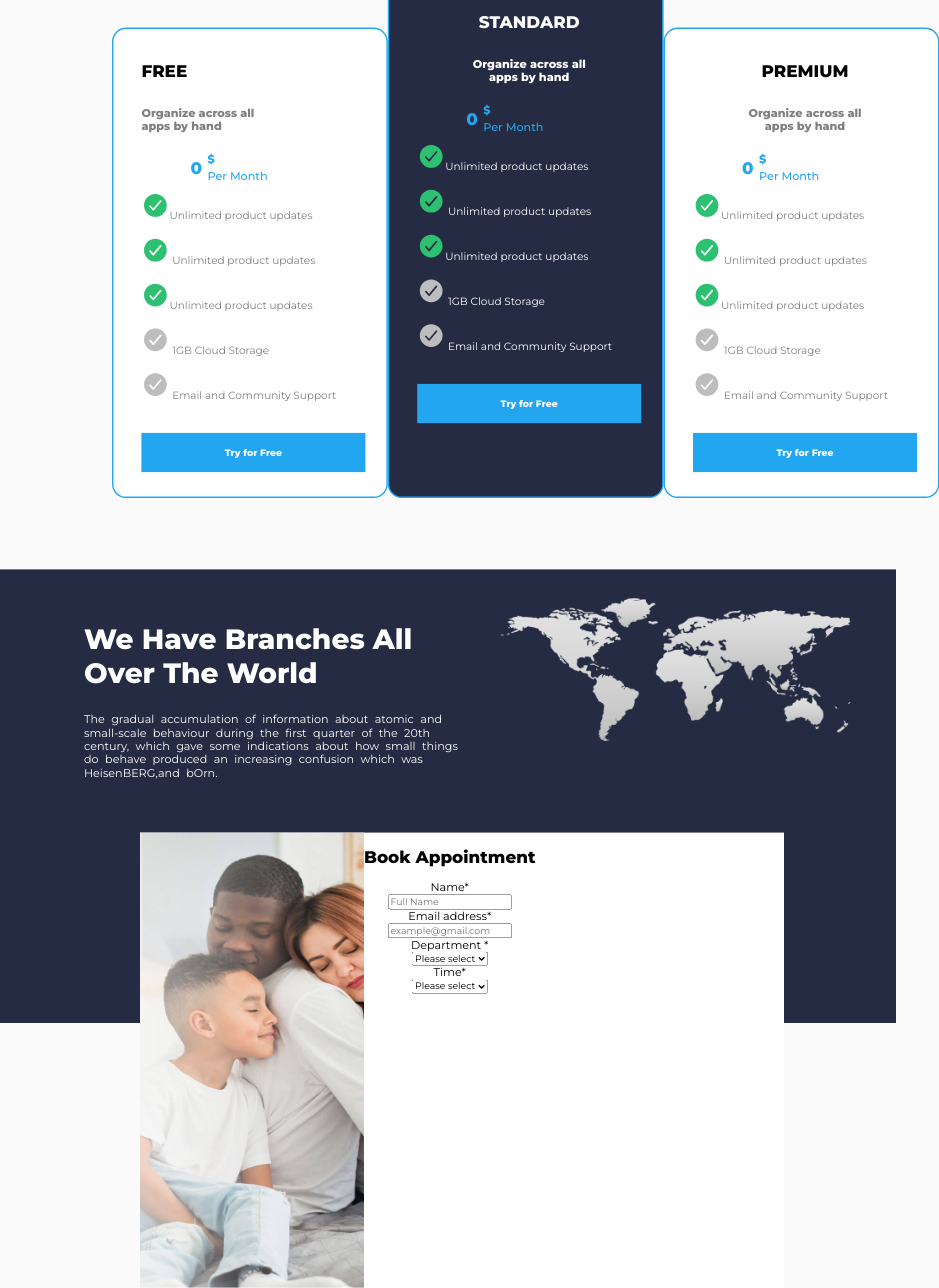
Repository: NANCY-HUB329/week-challenge
Page: index.html
The author's editor kept a copy of each file at every save. The page is drawn from the files as they stood at one save, then again after a run of saves.
The browser window is 1280 px wide. The page is 1342 px wide, so the pictures cover 1342 px, including what lies to the right of the window. The pictures show the part of the page from y = 2428 to 4268 px (the page is 4268 px tall), at 70% of full size.

Above is the page before, as saved 2023-11-24 02:57:59.

After the next 5 saves:
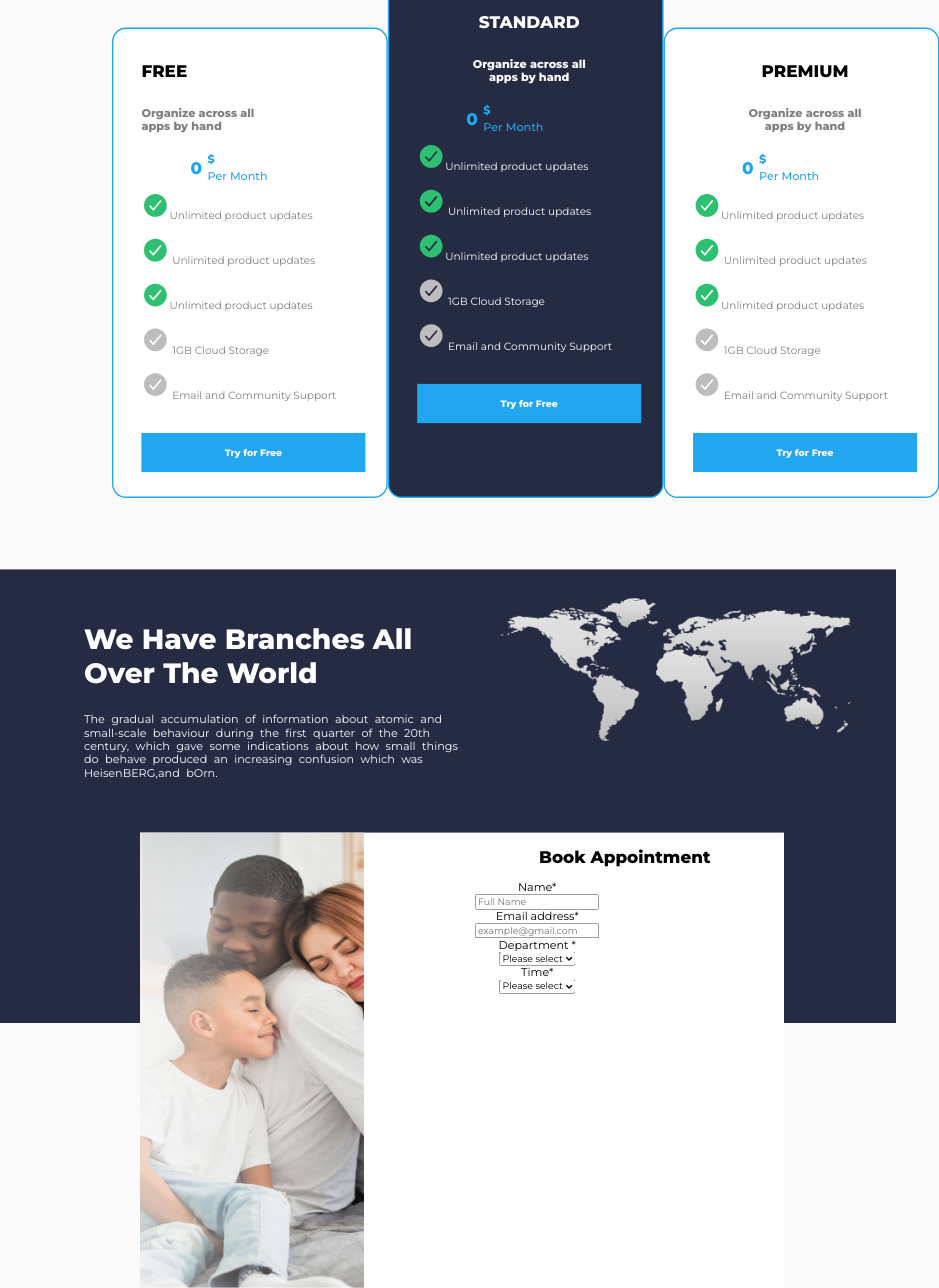
The 5 saves are shown as one change because they came seconds apart.
The last was saved 36 s later.
--- a/styles.css
+++ b/styles.css
@@ -478,7 +478,7 @@
   width: 320px;
 }
 .contact-form h2{
-  text-align: center;
+padding-left:250px;
 }
 
 
